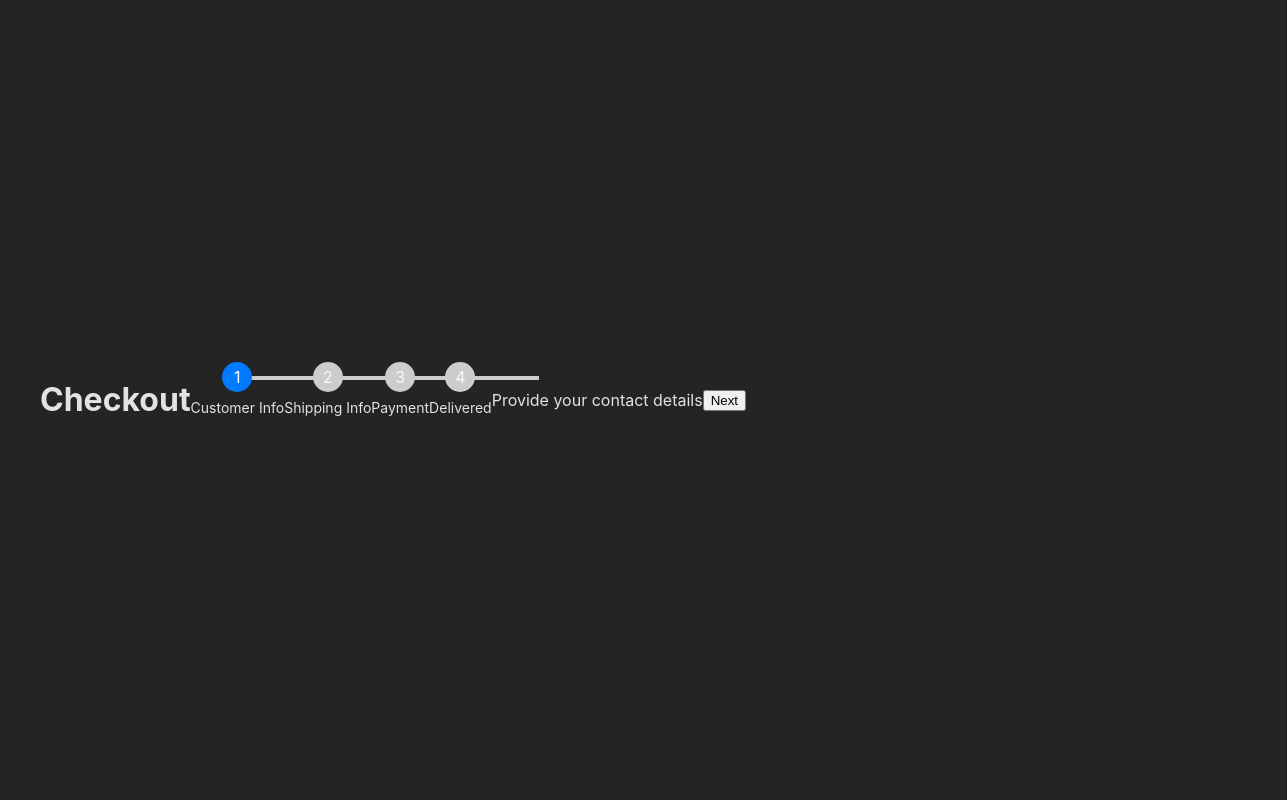
Repository: s-babaeizadeh/stepper-react
Page: /
These files come from the project's save history. The page is drawn as it stood at one moment and after the next save; the edit follows.
The browser window is 1280 px wide. The page is 1280 px wide, then 1287 px, so the pictures cover 1287 px, including what lies to the right of the window. The pictures show the whole page.
The project was rebuilt for these pictures with package versions that can differ from the ones it lists, and the page was loaded fresh each time. Also part of the build but not shown: vite.config.js.

Above is the page before, as saved 2024-08-10 12:16:03.

After the next save:
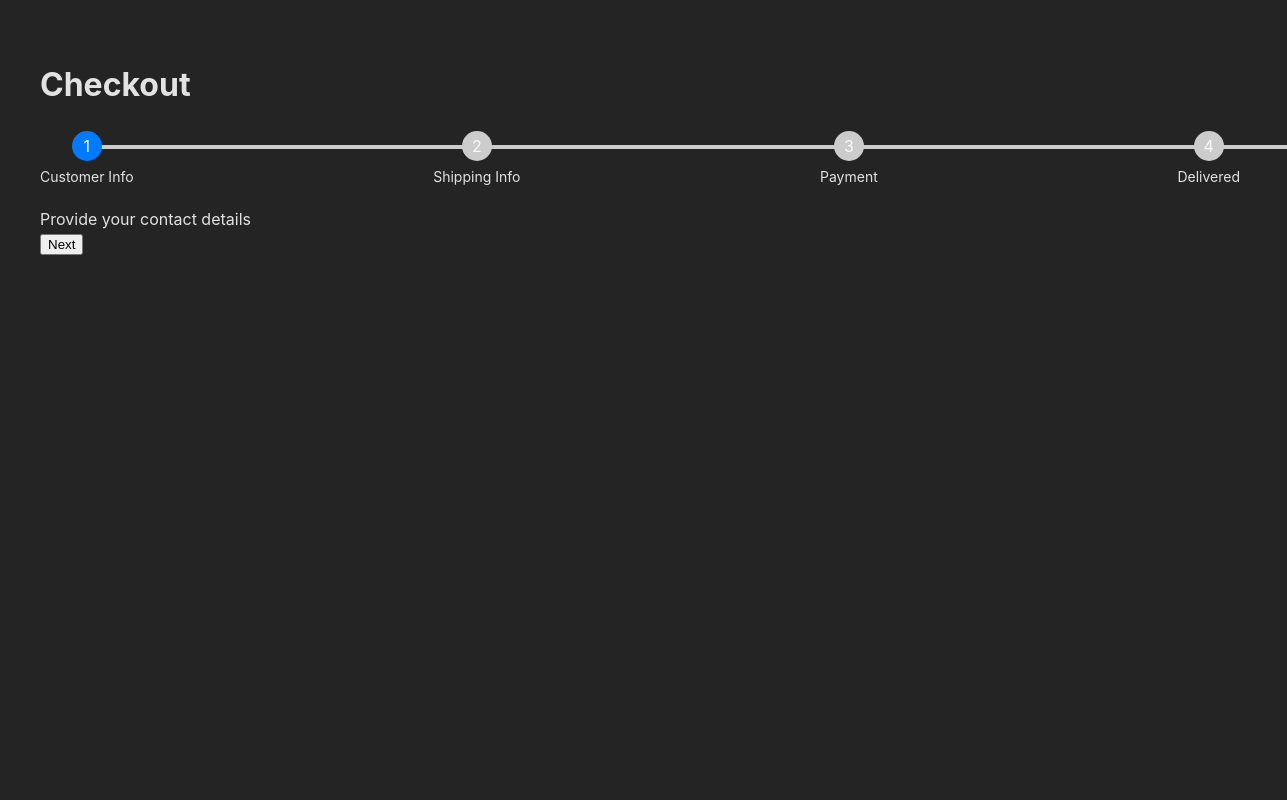
Saved 22 s later.
--- a/src/App.css
+++ b/src/App.css
@@ -2,9 +2,7 @@
   /* max-width: 1280px; */
   margin: 0 auto;
   padding: 2rem;
-  text-align: center;
-  display: flex;
-  place-items: center;
+
   min-width: 320px;
   min-height: 100vh;
 }
